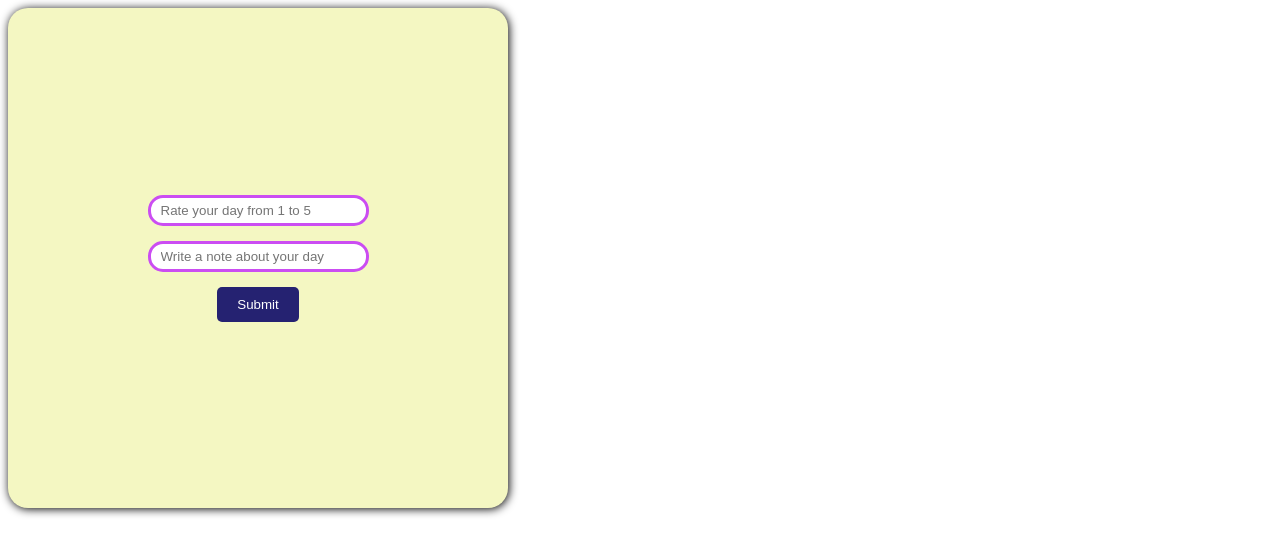
Repository: elenav24/RateMyDay
Page: frontend/index.html
These files come from the project's save history. The page is drawn as it stood at one moment and after the next save; the edit follows.
The browser window is 1280 px wide. The pictures show the whole page.

Above is the page before, as saved 2025-05-15 01:28:05.

After the next save:
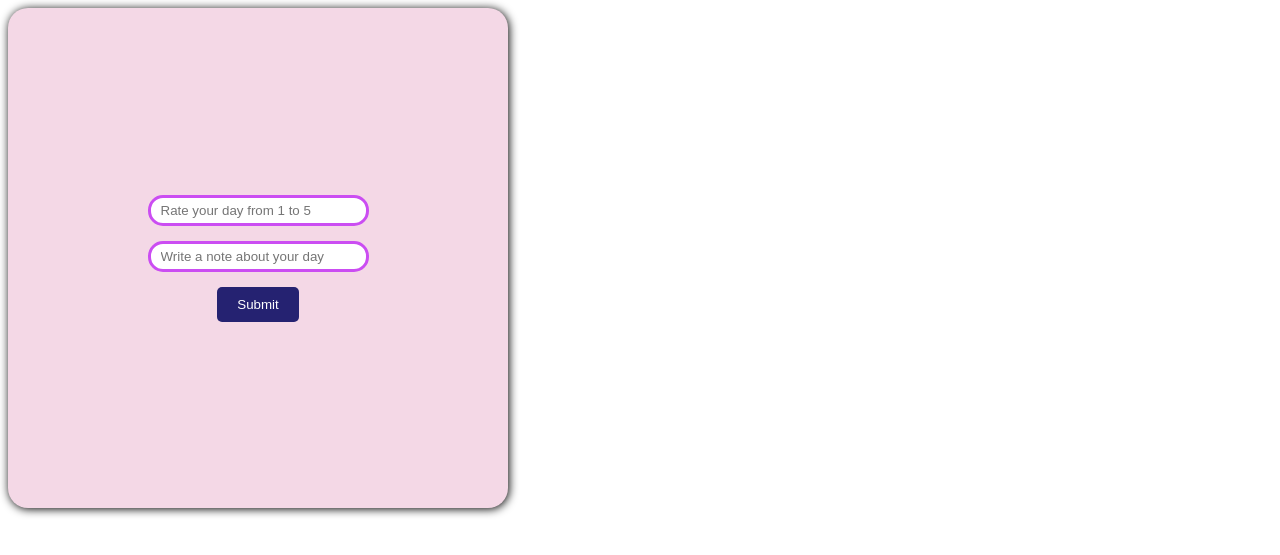
Saved 10 s later.
--- a/frontend/style.css
+++ b/frontend/style.css
@@ -7,7 +7,7 @@
     height: 500px;
     box-shadow: 1px 1px 10px #000;
     border-radius: 20px;
-    background-color: #f4f7c2;
+    background-color: #f4d8e6;
 }
 
 #rating, #note {
